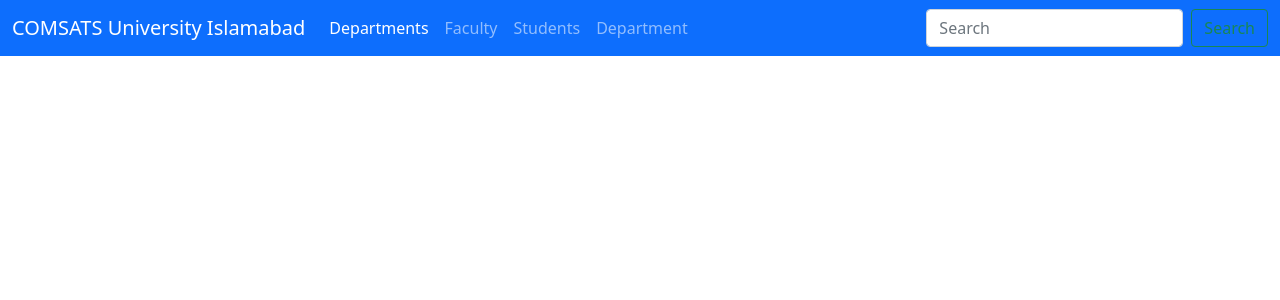
Repository: SaudCh/Web-Mid-Exams
Page: /error
These files come from the project's save history. The page is drawn as it stood at one moment and after the next save; the edit follows.
The browser window is 1280 px wide. The pictures show the whole page.
The project was rebuilt for these pictures with package versions that can differ from the ones it lists, and the page was loaded fresh each time.

Above is the page before, as saved 2021-11-22 10:33:17.

### src/App.js
import React from "react";
import { BrowserRouter as Router, Switch, Route, Link } from "react-router-dom";
import "../node_modules/bootstrap/dist/css/bootstrap.min.css";
import "../node_modules/bootstrap/dist/js/bootstrap.bundle.min";
import Header from "./Shared/Header";

export default function App() {
  return (
    <Router>
      <Header />
    </Router>
  );
}

### src/Shared/Header.jsx
import React from "react";
import { Link } from "react-router-dom";
export default function Header() {
  return (
    <nav class="navbar navbar-expand-lg navbar-dark bg-primary">
      <div class="container-fluid">
        <Link to="/" class="navbar-brand" href="#">
          COMSATS University Islamabad
        </Link>
        <button
          class="navbar-toggler"
          type="button"
          data-bs-toggle="collapse"
          data-bs-target="#navbarSupportedContent"
          aria-controls="navbarSupportedContent"
          aria-expanded="false"
          aria-label="Toggle navigation"
        >
          <span class="navbar-toggler-icon"></span>
        </button>
        <div class="collapse navbar-collapse" id="navbarSupportedContent">
          <ul class="navbar-nav me-auto mb-2 mb-lg-0">
            <li class="nav-item">
              <Link to="/" class="nav-link active" aria-current="page" href="#">
                Departments
              </Link>
            </li>
            <li class="nav-item">
              <Link to="/" class="nav-link" href="#">
                Faculty
              </Link>
            </li>

            <li class="nav-item">
              <Link
                to="/"
                class="nav-link"
                href="#"
                tabindex="-1"
                aria-disabled="true"
              >
                Students
              </Link>
            </li>
            <li class="nav-item">
              <Link
                to="/"
                class="nav-link"
                href="#"
                tabindex="-1"
                aria-disabled="true"
              >
                Department
              </Link>
            </li>
          </ul>
          <form class="d-flex">
            <input
              class="form-control me-2"
              type="search"
              placeholder="Search"
              aria-label="Search"
            />
            <button class="btn btn-outline-success" type="submit">
              Search
            </button>
          </form>
        </div>
      </div>
    </nav>
  );
}

Loaded but not shown: public/index.html (common file); src/index.js (common file); src/index.css (common file); src/reportWebVitals.js (common file)

After the next save:
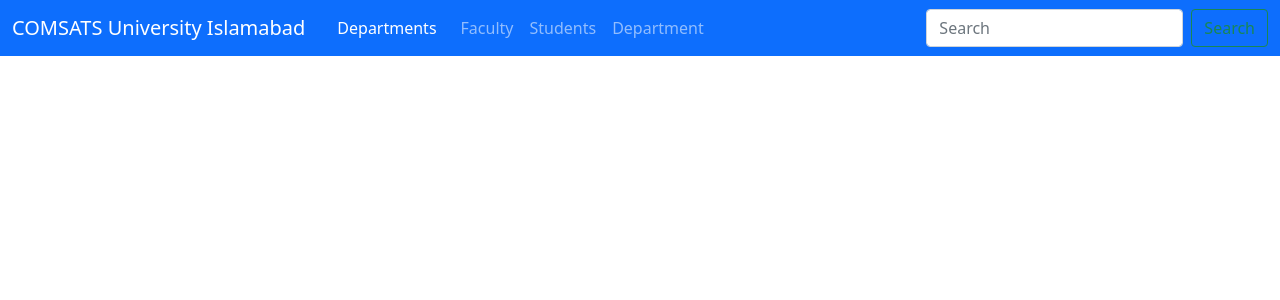
Saved 36 s later.
--- a/src/Shared/Header.jsx
+++ b/src/Shared/Header.jsx
@@ -20,7 +20,7 @@
         </button>
         <div class="collapse navbar-collapse" id="navbarSupportedContent">
           <ul class="navbar-nav me-auto mb-2 mb-lg-0">
-            <li class="nav-item">
+            <li class="nav-item mx-2">
               <Link to="/" class="nav-link active" aria-current="page" href="#">
                 Departments
               </Link>
